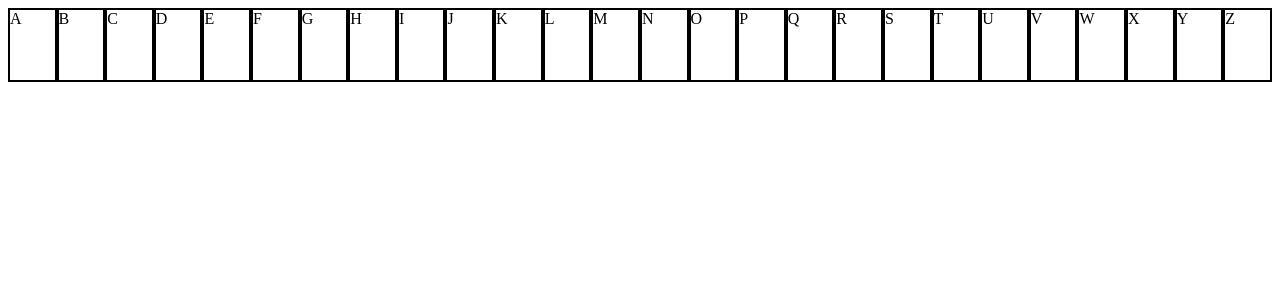
Repository: jcohenp/DI_Exercises
Page: W3/D3/normal/ex_1/index (1).html
The author's editor kept a copy of each file at every save. The page is drawn from the files as they stood at one save, then again after the next save.
The browser window is 1280 px wide. The pictures show the whole page.

Above is the page before, as saved 2020-08-25 21:41:45.

### W3/D3/normal/ex_1/index (1).html
<!DOCTYPE html>
<html lang="en">

<head>
    <meta charset="UTF-8">
    <meta name="viewport" content="width=device-width, initial-scale=1.0">
    <title>Document</title>
</head>

<body>
    <div id="container"></div>
    <script src="./js/script2.js"></script>
</body>

</html>

### W3/D3/normal/ex_1/js/script2.js
parent = document.getElementById("container");
parent.style.display = "flex";

for (boxnr = 0; boxnr < 26; ++boxnr) {
    let box = document.createElement("div");
    box.setAttribute("id", boxnr);
    box.style.width = "70px";
    box.style.height = "70px"
    box.style.border = "2px solid black"
    box.innerHTML = String.fromCharCode(65 + boxnr)
    parent.appendChild(box);
}

After the next save:
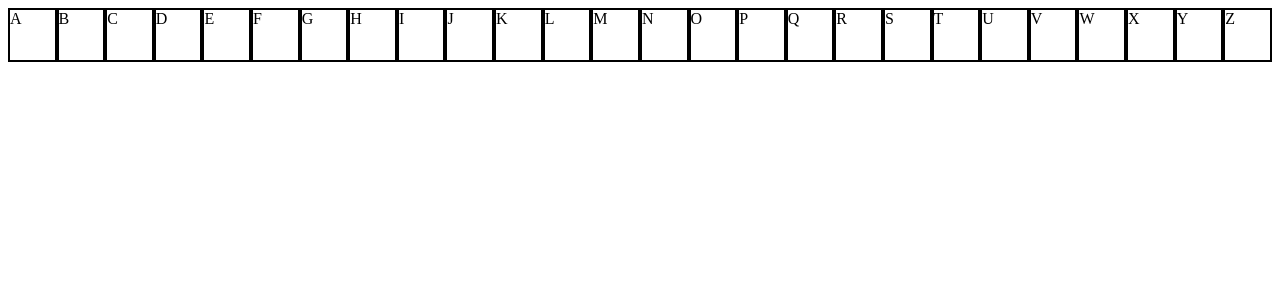
Saved 11 s later.
--- a/W3/D3/normal/ex_1/js/script2.js
+++ b/W3/D3/normal/ex_1/js/script2.js
@@ -4,8 +4,8 @@ parent.style.display = "flex";
 for (boxnr = 0; boxnr < 26; ++boxnr) {
     let box = document.createElement("div");
     box.setAttribute("id", boxnr);
-    box.style.width = "70px";
-    box.style.height = "70px"
+    box.style.width = "50px";
+    box.style.height = "50px"
     box.style.border = "2px solid black"
     box.innerHTML = String.fromCharCode(65 + boxnr)
     parent.appendChild(box);
